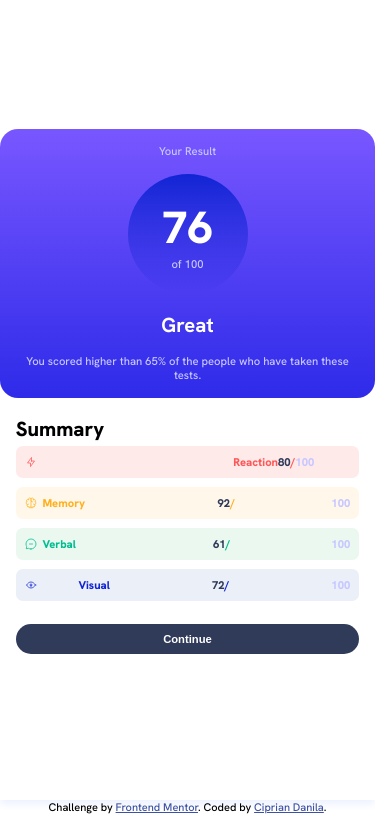
Repository: cipdanila/results-summary-component
Page: index.html
The author's editor kept a copy of each file at every save. The page is drawn from the files as they stood at one save, then again after the next save.
The browser window is 375 px wide. The pictures show the whole page.

Above is the page before, as saved 2024-02-05 20:38:21.

### index.html
<!DOCTYPE html>
<html lang="en">
    <head>
        <meta charset="UTF-8" />
        <meta name="viewport" content="width=device-width, initial-scale=1.0" />
        <!-- displays site properly based on user's device -->

        <link rel="icon" type="image/png" sizes="32x32" href="./assets/images/favicon-32x32.png" />
        <link rel="stylesheet" href="styles.css" />
        <title>Frontend Mentor | Results summary component</title>
    </head>
    <body>
        <main>
            <div class="card">
                <div class="result">
                    <p id="result-title">Your Result</p>
                    <div class="score-circle">
                        <div class="big-num">76</div>
                        <div class="small-text">of 100</div>
                    </div>
                    <h4>Great</h4>
                    <p>You scored higher than 65% of the people who have taken these tests.</p>
                </div>
                <div class="summary">
                    <p id="summary">Summary</p>
                    <div class="reaction">
                        <img src="./assets/images/icon-reaction.svg" alt="raction icon" />
                        <p>Reaction <span class="percent">80</span>/<span class="hundred">100</span></p>
                    </div>
                    <div class="memory">
                        <img src="./assets/images/icon-memory.svg" alt="memory icon" />
                        <p>Memory</p> <span class="percent">92</span> / <span class="hundred">100</span>
                    </div>
                    <div class="verbal">
                        <img src="./assets/images/icon-verbal.svg" alt="verbal icon" />
                        <p>Verbal</p> <span class="percent">61</span> / <span class="hundred">100</span>
                    </div>
                    <div class="visual">
                        <img src="./assets/images/icon-visual.svg" alt="visual icon" />
                        <p></p>Visual <span class="percent">72</span> / <span class="hundred">100</span>
                    </div>
                    <button class="continue" type="button">Continue</button>
                </div>
            </div>
        </main>

        <footer>
            <div class="attribution">
                Challenge by
                <a
                    href="https://www.frontendmentor.io/challenges/results-summary-component-CE_K6s0maV/hub"
                    target="_blank"
                    rel="noopener noreferer"
                    >Frontend Mentor</a
                >. Coded by <a href="https://github.com/cipdanila" target="_blank" rel="noopener noreferer">Ciprian Danila</a>.
            </div>
        </footer>
    </body>
</html>

### styles.css
@import url("https://fonts.googleapis.com/css2?family=Hanken+Grotesk:wght@500;700;800&display=swap");

:root {
    /* Colors */
    /* Primary */
    --light-red: hsl(0, 100%, 67%);
    --orange-yellow: hsl(39, 100%, 56%);
    --green-teal: hsl(166, 100%, 37%);
    --cobalt-blue: hsl(234, 85%, 45%);
    /* Gradients */
    --light-slate-blue: hsl(252, 100%, 67%); /*  (background) */
    --light-royal-blue: hsl(241, 81%, 54%); /* (background) */

    --violet-blue: hsla(256, 72%, 46%, 1); /* (circle) */
    --persian-blue: hsla(241, 72%, 46%, 0); /* (circle) */
    /* Neutral */
    --white: hsl(0, 0%, 100%);
    --pale-blue: hsl(221, 100%, 96%);
    --light-lavender: hsl(241, 100%, 89%);
    --dark-gray-blue: hsl(224, 30%, 27%);
}

*,
*::after,
*::before {
    margin: 0;
    padding: 0;
    box-sizing: border-box;
}

body,
html {
    height: 100%;
    font-family: "Hanken Grotesk", sans-serif;
    font-size: 1.125rem; /* 18px */
    font-weight: 300;
    background-color: var(--white);
}

main {
    display: flex;
    justify-content: center;
    align-items: center;
    height: 100%;
}

.card {
    max-width: 375px;
    border-radius: 1rem;
    box-shadow: 0 4px 8px 0 var(--pale-blue);
    display: flex;
    justify-content: center;
    align-items: center;
    background-color: var(--white);
}

.result {
    width: 50%;
    display: flex;
    flex-direction: column;
    justify-content: center;
    align-items: center;
    background: linear-gradient(to bottom, var(--light-slate-blue) 0%, var(--light-royal-blue) 100%);
    color: var(--white);
    border-radius: 1rem;
}

.title {
    padding: 1.25rem;
    font-weight: 800;
    font-size: 0.75rem;
}

.result .title {
    color: var(--light-lavender);
}

.score-circle {
    width: 120px;
    height: 120px;
    border-radius: 50%;
    background: linear-gradient(to bottom, var(--cobalt-blue) 0%, var(--persian-blue) 100%);
    display: flex;
    flex-direction: column;
    justify-content: center;
    align-items: center;
}

.big-num {
    font-size: 2.5rem;
    font-weight: 800;
}

.small-text {
    font-size: 0.625rem;
    color: var(--light-lavender);
}

.result h4 {
    padding-top: 1rem;
}

.result p {
    font-size: 0.625rem;
    color: var(--light-lavender);
    padding: 0.875rem;
    text-align: center;
}

.summary {
    width: 50%;
    height: auto;
    display: flex;
    flex-direction: column;
    justify-content: center;
    padding: 1rem 0.875rem 0 0.875rem;
    font-weight: 800;
}

.summary .title {
    padding: 0 0 1rem 0;
    font-size: 0.75rem;
    font-weight: 800;
    color: var(--dark-gray-blue);
}

.summary div {
    width: 100%;
    padding: 0.5rem;
    margin: 0.25rem 0;
    font-size: 0.625rem;
    display: flex;
    justify-content: space-between;
    align-items: center;
    border-radius: 0.375rem;
}

.summary div img {
    margin-right: 0.313rem;
    width: 12px;
}

.summary div p {
    display: flex;
    justify-content: flex-start;
    align-items: center;
    padding-right: 2rem;
}

.summary div span {
    margin-left: auto;
}

.summary .percent {
    color: var(--dark-gray-blue);
}

.summary .hundred {
    color: var(--light-lavender);
}

.summary .reaction {
    background-color: rgba(255, 51, 51, 0.1);
    color: var(--light-red);
}

.summary .memory {
    background-color: rgba(255, 187, 51, 0.1);
    color: var(--orange-yellow);
}

.summary .verbal {
    background-color: rgba(51, 187, 102, 0.1);
    color: var(--green-teal);
}

.summary .visual {
    background-color: rgba(51, 102, 187, 0.1);
    color: var(--cobalt-blue);
    border-radius: 0.375rem;
}

button {
    width: 100%;
    padding: 0.5rem;
    margin: 1rem auto;
    display: flex;
    justify-content: center;
    align-items: center;
    color: var(--white);
    background-color: var(--dark-gray-blue);
    font-size: 0.625rem;
    font-weight: 700;
    border-radius: 1rem;
    border: none;
    cursor: pointer;
}

button:hover {
    background: linear-gradient(to bottom, var(--light-slate-blue) 0%, var(--light-royal-blue) 100%);
}

.attribution {
    font-size: 11px;
    text-align: center;
}

.attribution a {
    color: hsl(228, 45%, 44%);
}

@media(max-width:375px) {
    .card {
        min-height: 100vh;
        display: flex;
        flex-direction: column;
        border-radius: 0 0;
    }

    .result {
        width: 100%;
    }

    .summary {
        width: 100%;
    }
}

After the next save:
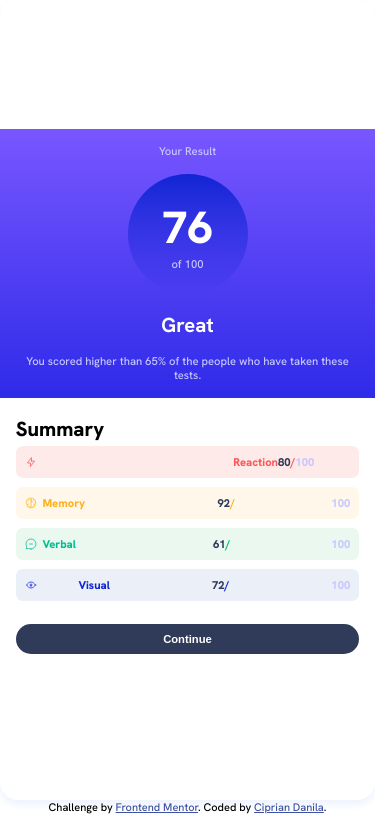
Saved 21 s later.
--- a/styles.css
+++ b/styles.css
@@ -214,10 +214,10 @@
         min-height: 100vh;
         display: flex;
         flex-direction: column;
+    }
+
+    .result {
         border-radius: 0 0;
-    }
-
-    .result {
         width: 100%;
     }
 

After the save that followed:
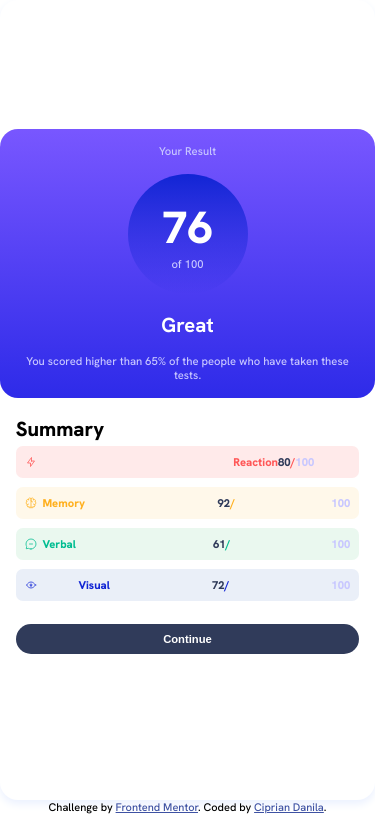
Saved 23 s later.
--- a/styles.css
+++ b/styles.css
@@ -217,7 +217,6 @@
     }
 
     .result {
-        border-radius: 0 0;
         width: 100%;
     }
 
